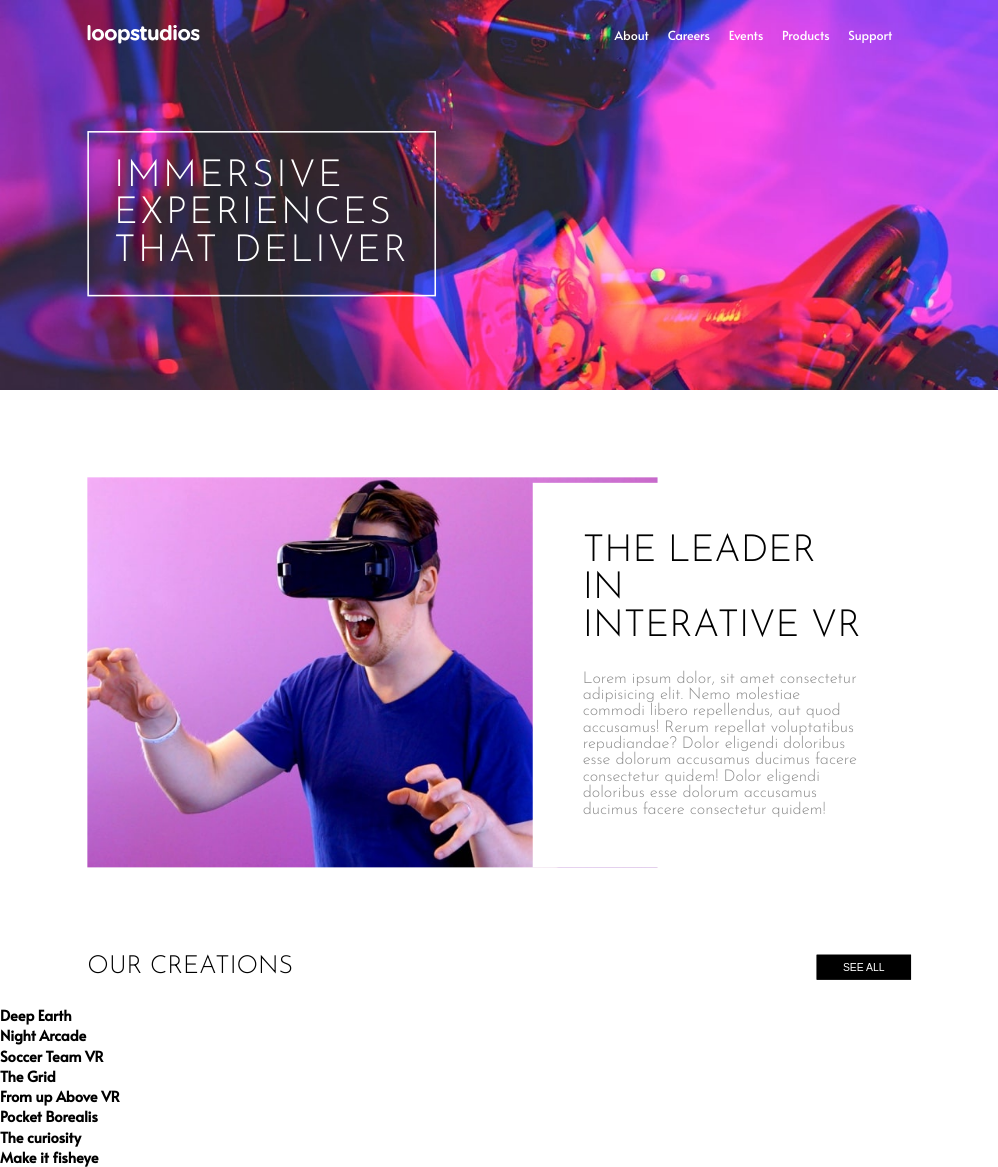
Repository: gligor99/loopstudios-fm
Page: /
An editor plug-in stored every save of this project. The page is shown before and after the next save, followed by the edit.
The browser window is 1280 px wide. The pictures show the whole page, at 78% of full size.
Pictures or frames that could not be fetched are drawn as grey boxes. Backgrounds fixed to the window are drawn as part of the page. The project was rebuilt for these pictures with package versions that can differ from the ones it lists, and the page was loaded fresh each time. Also part of the build but not shown: src/components/Card/card.css.

Above is the page before, as saved 2021-11-28 16:38:14.

### src/index.css
@import url('https://fonts.googleapis.com/css2?family=Alata&family=Josefin+Sans:wght@300&display=swap');

:root {
  --clr-white: hsl(0, 0%, 100%);
  --clr-black: hsl(0, 0%, 0%);
  --clr-dark-gray: hsl(0, 0%, 55%);
  --clr-very-dark-gray: hsl(0, 0%, 41%)
}

*,
::after,
::before {
  margin: 0;
  padding: 0;
  box-sizing: border-box;
}

body {
  font-family: "Alata", sans-serif;
  background: var(--clr-light-grayish-cyan);
  color: var(--clr-grey-1);
  font-size: 1rem;
}

### src/App.jsx
import About from "./components/About/About";
import Creations from "./components/Creations/Creations";
import Hero from "./components/Hero/Hero";


function App() {
  return (
    <div className="App">
      <Hero />
      <About />
      <Creations />
    </div>
  );
}

export default App;

### src/components/About/About.jsx
import "./about.css";
import image from "../../assets/desktop/image-interactive.jpg";

const About = () => {
  return (
    <div className="about-container">
      <img className="image-interactive" src={image} alt="interactive.jpg" />
      <div className="about-content">
        <h1 className="about-title">The leader in <br />interative VR</h1>
        <p className="about-p">
          Lorem ipsum dolor, sit amet consectetur adipisicing elit. Nemo
          molestiae commodi libero repellendus, aut quod accusamus! Rerum
          repellat voluptatibus repudiandae? Dolor eligendi doloribus esse
          dolorum accusamus ducimus facere consectetur quidem! Dolor eligendi doloribus esse
          dolorum accusamus ducimus facere consectetur quidem!
        </p>
      </div>
    </div>
  );
};

export default About;

### src/components/Creations/Creations.jsx
import './creations.css'
import data from '../../data'
import Card from '../Card/Card';

const Creations = () => {
  return <div className="creation-container">
      <div className="creation-header">
          <h1 className="creation-title">
              Our Creations
          </h1>
          <button className="creation-btn">
              See All
          </button>
      </div>
      <div className="creation-cards">
          {data.map((item) => {
              return <Card item={item} />
          })}
      </div>
  </div>;
};

export default Creations;

### src/components/Hero/Hero.jsx
import React from "react";
import Navbar from "../Navbar/Navbar";
import "./hero.css";

const Hero = () => {
  return (
    <div className="container">
      <Navbar />
      <div className="container-content">
        <h1 className="title">
          Immersive <br /> experiences <br />
          that deliver
        </h1>
      </div>
    </div>
  );
};

export default Hero;

### src/components/About/about.css
.about-container {
  display: flex;
  justify-content: center;
  align-items: flex-end;
  margin: auto;
  padding: 7rem;
}

.image-interactive {
  height: 80%;
  z-index: -1;
}
.about-content {
  background-color: var(--clr-white);
  z-index: 1;
  height: 80%;
  padding: 4rem;
  margin-left: -10rem;
}

.about-title {
  font-family: "Josefin Sans", sans-serif;
  font-weight: 100;
  font-size: 3rem;
  text-transform: uppercase;
}

.about-p {
  color: var(--clr-dark-gray);
  font-family: "Josefin Sans", sans-serif;
  font-size: 1.3rem;
  padding-top: 2rem;
}

### src/components/Creations/creations.css
.creation-header {
  display: flex;
  flex-direction: row;
  justify-content: space-between;
  padding-left: 7rem;
  padding-right: 7rem;
  padding-bottom: 2rem;
}

.creation-title {
  font-family: "Josefin Sans", sans-serif;
  text-transform: uppercase;
  font-weight: 100;
}

.creation-btn {
  border: none;
  background-color: var(--clr-black);
  border: 2px solid black;
  color: var(--clr-white);
  text-transform: uppercase;
  padding: 0 2rem 0 2rem;
  cursor: pointer;
  transition: 0.2s ease-in;
}
.creation-btn:hover {
  background-color: var(--clr-white);
  color: var(--clr-black);
  border: 2px solid black;
}

### src/data.js
const data = [
  {
    id: 1,
    title: "Deep Earth",
    img: "./assets/desktop/image-deep-earth.jpg",
  },
  {
    id: 2,
    title: "Night  Arcade",
    img: "./assets/desktop/image-night-arcade.jpg",
  },
  {
    id: 3,
    title: "Soccer Team VR",
    img: "./assets/desktop/image-soccer-team.jpg",
  },
  {
    id: 4,
    title: "The Grid",
    img: "./assets/desktop/image-grid.jpg",
  },
  {
    id: 5,
    title: "From up Above VR",
    img: "./assets/desktop/image-from-above.jpg",
  },
  {
    id: 6,
    title: "Pocket Borealis",
    img: "./assets/desktop/image-pocket-borealis.jpg",
  },
  {
    id: 7,
    title: "The curiosity",
    img: "./assets/desktop/image-curiosity.jpg",
  },
  {
    id: 8,
    title: "Make it fisheye",
    img: "./assets/desktop/image-fisheye.jpg",
  },
];

export default data;

### src/components/Card/Card.jsx
import './card.css'

const Card = ({item}) => {
    return (
        <div className="card-container">
            <h3>{item.title}</h3>
        </div>
    )
}

export default Card

### src/components/Navbar/Navbar.jsx
import logo from "../../assets/logo.svg";
import "./navbar.css";

const Navbar = () => {
  return (
    <div className="wrapper">
      <img src={logo} alt="logo.svg" />
      <ul>
        <li>
          <a href="/about">About</a>
        </li>
        <li>
          <a href="/careers">Careers</a>
        </li>
        <li>
          <a href="/events">Events</a>
        </li>
        <li>
          <a href="/products">Products</a>
        </li>
        <li>
          <a href="/support">Support</a>
        </li>
      </ul>
    </div>
  );
};

export default Navbar;

### src/components/Hero/hero.css
.container {
    background: url('../../assets/desktop/image-hero.jpg');
    background-repeat: no-repeat;
    background-attachment: fixed;
    background-size: cover;
    height: 500px;
}
.container-content {
    display: flex;
    margin-top: 5rem;
    margin-left: 7rem;
}

.title {
    border: 2px solid var(--clr-white);
    padding: 2rem;
    text-transform: uppercase;
    font-family: 'Josefin Sans' , sans-serif;
    font-size: 3rem;
    font-weight: 100;
    letter-spacing: 0.2rem;
    color: white;
}

### src/components/Navbar/navbar.css
.wrapper {
  display: flex;
  flex-direction: row;
  justify-content: space-between;
  align-items: center;
  margin: auto;
  padding: 2rem 7rem 2rem 7rem;
  background-color: transparent;
}
img {
  height: 1.5rem;
}
ul {
  display: flex;
  flex-wrap: nowrap;
  justify-content: space-evenly;
}
li {
  list-style-type: none;
  padding-right: 1.5rem;
}
a {
  position: relative;
  display: inline-block;
  text-decoration: none;
  color: var(--clr-white);
}
a:after {
  content: "";
  position: absolute;
  left: 0;
  top: 100%;
  width: 0;
  height: 1.8px;
  background-color: var(--clr-white);
  transition: width 0.2s ease-in-out;
}
a:hover:after {
  width: 100%;
}

Loaded but not shown: public/index.html (common file); src/index.jsx (common file); src/components/Card/card.css (no copy from this time; the picture is the same without it)

After the next save:
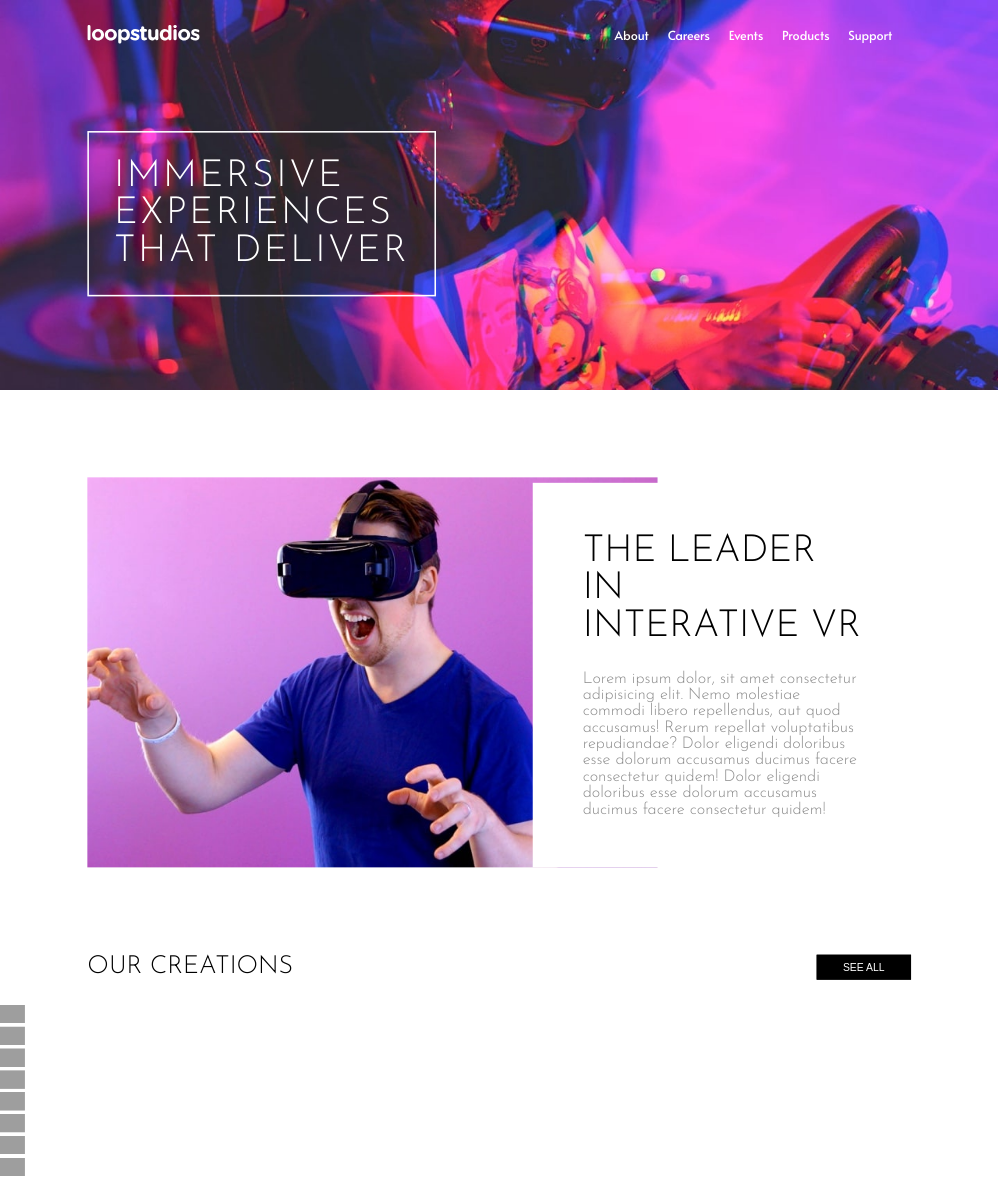
Saved 47 s later.
--- a/src/components/Card/Card.jsx
+++ b/src/components/Card/Card.jsx
@@ -3,7 +3,7 @@ import './card.css'
 const Card = ({item}) => {
     return (
         <div className="card-container">
-            <h3>{item.title}</h3>
+            <img src={item.img} alt={item.title} />
         </div>
     )
 }
